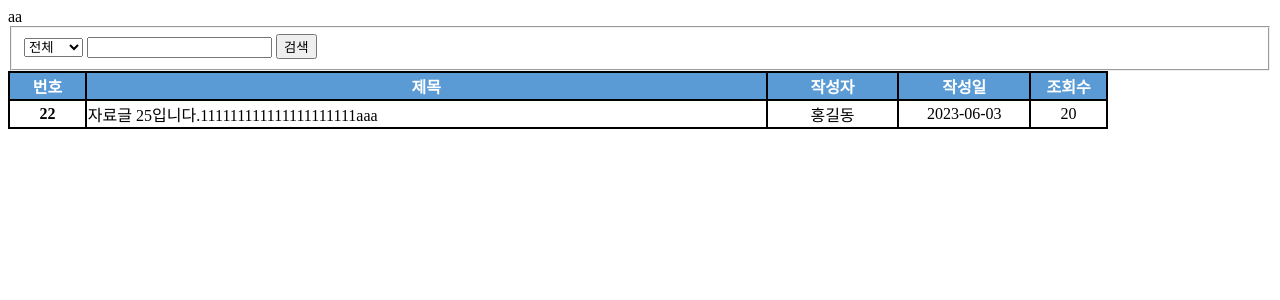
Repository: LJzero-dev/java-study
Page: http://localhost/ktbwos/bbs/request_list.jsp
An editor plug-in stored every save of this project. The page is shown before and after the next save, followed by the edit.
The browser window is 1280 px wide. The pictures show the whole page.
The page is served by Tomcat 9. Other server files are loaded and not shown.

Above is the page before, as saved 2023-06-10 13:42:27.

### web/ktbwos/WebContent/bbs/request_list.jsp
<%@ page language="java" contentType="text/html; charset=UTF-8" pageEncoding="UTF-8"%>
<!DOCTYPE html PUBLIC "-//W3C//DTD HTML 4.01 Transitional//EN" "http://www.w3.org/TR/html4/loose.dtd">
<html>
<head>
<meta http-equiv="Content-Type" content="text/html; charset=UTF-8">
<style>
	a:link { color:black; text-decoration:none; }
	a:visited { color:black; text-decoration:none; }
	a:hover { color:black; text-decoration:underline; }
	table, th, td {
	border:2px solid black;
	border-collapse : collapse;
	}
	th { background-color:#5B9BD5; color:white;}
	td { text-align:center;}
</style>
<title>Insert title here</title>
</head>
<body>

<div width="1100">
aa
<form name="frmSch">
<fieldset>
		<select name="schtype">
			<option value="all" >전체</option>
			<option value="title" >제목</option>
			<option value="content" >내용</option>
			<option value="writer" >글쓴이</option>
		</select>
		<input type="text" name="keyword" value="" />
		<input type="submit" value="검색" />
</fieldset>
</form>

	<table width="1100">
		<tr>
			<th width="7%">번호</th><th width="*">제목</th><th width="12%">작성자</th><th width="12%">작성일</th><th width="7%">조회수</th>
		</tr>
		<tr>
			<td><b>22</b></td><td><span style="float:left;">자료글 25입니다.111111111111111111111<a href="">aaa</a></span></td><td>홍길동</td><td>2023-06-03</td><td>20</td>
		</tr>
	</table>

</div>
</body>
</html>

After the next save:
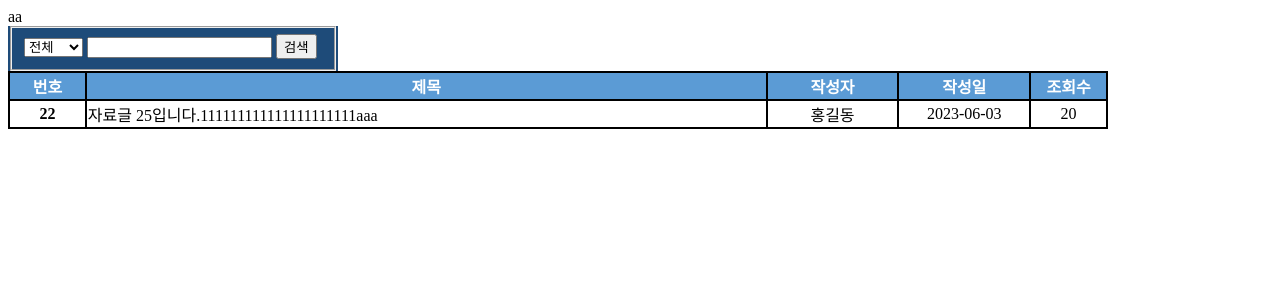
Saved 5 s later.
--- a/web/ktbwos/WebContent/bbs/request_list.jsp
+++ b/web/ktbwos/WebContent/bbs/request_list.jsp
@@ -19,7 +19,7 @@
 <body>
 
 <div width="1100">
-aa
+aa<div style="width:330px; background:#1E4B79; ">
 <form name="frmSch">
 <fieldset>
 		<select name="schtype">
@@ -32,7 +32,7 @@
 		<input type="submit" value="검색" />
 </fieldset>
 </form>
-
+</div>
 	<table width="1100">
 		<tr>
 			<th width="7%">번호</th><th width="*">제목</th><th width="12%">작성자</th><th width="12%">작성일</th><th width="7%">조회수</th>

After the 2 saves that followed:
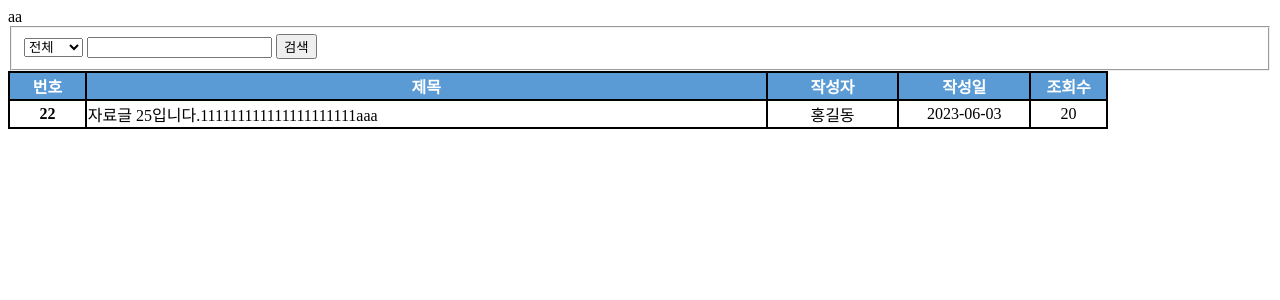
The 2 saves are shown as one change because 1 left the picture as it was.
The last was saved 34 s later.
--- a/web/ktbwos/WebContent/bbs/request_list.jsp
+++ b/web/ktbwos/WebContent/bbs/request_list.jsp
@@ -19,8 +19,8 @@
 <body>
 
 <div width="1100">
-aa<div style="width:330px; background:#1E4B79; ">
-<form name="frmSch">
+aa
+<form style="width:330px; background:#1E4B79; display: inline; " name="frmSch">
 <fieldset>
 		<select name="schtype">
 			<option value="all" >전체</option>
@@ -32,7 +32,7 @@
 		<input type="submit" value="검색" />
 </fieldset>
 </form>
-</div>
+
 	<table width="1100">
 		<tr>
 			<th width="7%">번호</th><th width="*">제목</th><th width="12%">작성자</th><th width="12%">작성일</th><th width="7%">조회수</th>
